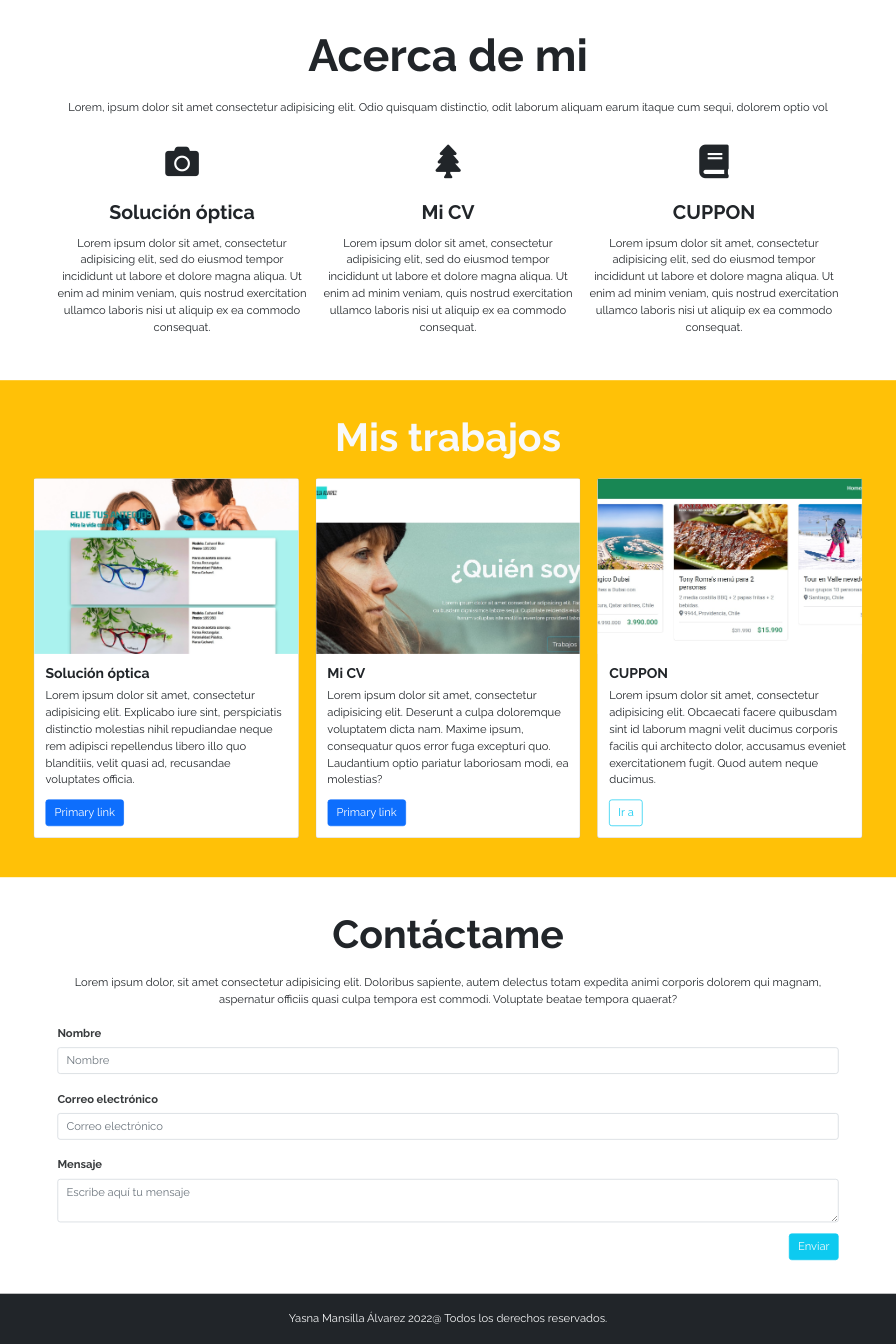
Repository: Yasna2112/Portafolio-final
Page: index.html
These files come from the project's save history. The page is drawn as it stood at one moment and after the next save; the edit follows.
The browser window is 1280 px wide. The pictures show the part of the page from y = 703 to 2623 px (the page is 2623 px tall), at 70% of full size.
Some web libraries are served in a nearby version.

Above is the page before, as saved 2022-07-23 07:43:34.

### index.html
<!DOCTYPE html>
<html lang="en">

<head>
    <meta charset="UTF-8">
    <meta http-equiv="X-UA-Compatible" content="IE=edge">
    <meta name="viewport" content="width=device-width, initial-scale=1.0">
    <link rel="preconnect" href="https://fonts.googleapis.com">
    <link rel="preconnect" href="https://fonts.gstatic.com" crossorigin>
    <link href="https://fonts.googleapis.com/css2?family=Raleway:wght@400;700&display=swap" rel="stylesheet">
    <link href="https://cdn.jsdelivr.net/npm/bootstrap@5.1.3/dist/css/bootstrap.min.css" rel="stylesheet"
        integrity="sha384-1BmE4kWBq78iYhFldvKuhfTAU6auU8tT94WrHftjDbrCEXSU1oBoqyl2QvZ6jIW3" crossorigin="anonymous">
    <title>Yasna Mansilla</title>
    <link rel="stylesheet" href="https://cdnjs.cloudflare.com/ajax/libs/font-awesome/5.9.0/css/all.min.css"
        integrity="sha512-q3eWabyZPc1XTCmF+8/LuE1ozpg5xxn7iO89yfSOd5/oKvyqLngoNGsx8jq92Y8eXJ/IRxQbEC+FGSYxtk2oiw=="
        crossorigin="anonymous" referrerpolicy="no-referrer" />
    <link rel="stylesheet" href="assets/css/styles.css">
</head>
<body>
    <nav class="navbar navbar-expand-lg  navbar-dark bg- link-light">
        <div class="container">
            <a class="navbar-brand" href="#">
                <img src="assets/img/Logo Yas.png" class="img-fluid">
            </a>
            <button class="navbar-toggler" type="button" data-bs-toggle="collapse"
                aria-controls="navbarSupportedContent" aria-expanded="false" aria-label="Toggle navigation">
                <span class="navbar-toggler-icon"></span>
            </button>
            <div class="collapse navbar-collapse" id="navbarSupportedContent">
                <ul class="navbar-nav ms-auto mb-2 mb-lg-0 fs-5">
                    <li class="nav-item">
                        <a class="nav-link" href="#">Acerca de mi</a>
                    </li>
                    <li class="nav-item">
                        <a class="nav-link" href="#">Trabajos</a>
                    </li>
                    <li class="nav-item">
                        <a class="nav-link" href="#">Contacto</a>
                    </li>

                </ul>

            </div>
        </div>
    </nav>

    <header id="Hero-Section" class="text-light text-end py-5 mt-5">
        <div class="container">
            <div class="ms-auto col-12 col-md-7 ">
                <h1 class="display-1 fw-bold my-5">
                    ¿Quién soy yo?
                </h1>
                <p class="my-5">
                    Lorem ipsum dolor sit amet consectetur adipisicing elit. Facilis, accusamus iusto quibusdam
                    dignissimos labore sequi. Cupiditate reiciendis eius dolore, illum adipisci harum voluptas iste
                    mollitia inventore provident labore voluptatum nemo.
                </p>
                <div class="mb-5 pb-5">
                    <button class="btn btn-lg btn-outline-info text-light me-4">Trabajos</button>
                    <button class="btn btn-lg btn-info text-light">Contacto</button>
                </div>
            </div>
        </div>
    </header>


    <section id="Acerca-de-mi" class="container text-center my-5">


        <h2 class="display-3 fw-bold my-4">Acerca de mi</h2>

        <p class="my-4">
            Lorem, ipsum dolor sit amet consectetur adipisicing elit. Odio quisquam distinctio, odit laborum aliquam
            earum itaque cum sequi, dolorem optio vol
        </p>


        <div class="row">
            <div class="col-12 col-md-4">
                <i class="fas fa-camera fa-3x my-3"></i>
                <h3 class="my-3 fw-bold">Solución óptica</h3>
                <p class="my-3">
                    Lorem ipsum dolor sit amet, consectetur adipisicing elit, sed do
                    eiusmod tempor incididunt ut labore et dolore magna aliqua. Ut enim
                    ad minim veniam, quis nostrud exercitation ullamco laboris nisi ut
                    aliquip ex ea commodo consequat.
                </p>
            </div>
            <div class="col-12 col-md-4">
                <i class="fas fa-tree fa-3x my-3"></i>
                <h3 class="my-3 fw-bold">Mi CV</h3>
                <p class="my-3">
                    Lorem ipsum dolor sit amet, consectetur adipisicing elit, sed do
                    eiusmod tempor incididunt ut labore et dolore magna aliqua. Ut enim
                    ad minim veniam, quis nostrud exercitation ullamco laboris nisi ut
                    aliquip ex ea commodo consequat.
                </p>
            </div>
            <div class="col-12 col-md-4">
                <i class="fas fa-book fa-3x my-3"></i>
                <h3 class="my-3 fw-bold">CUPPON</h3>
                <p class="my-3">
                    Lorem ipsum dolor sit amet, consectetur adipisicing elit, sed do
                    eiusmod tempor incididunt ut labore et dolore magna aliqua. Ut enim
                    ad minim veniam, quis nostrud exercitation ullamco laboris nisi ut
                    aliquip ex ea commodo consequat.
                </p>
            </div>
        </div>
    </section>


    <section id="Mis-trabajos" class="my-5 p-5 bg-warning">

        <h2 class="display-4 fw-bold text-center text-light mb-3">Mis trabajos</h2>

        <div class="row">
            <div class="col-12 col-sm-4 py-2">
                <div class="card">
                    <div class="image-top" style="background-image: url(assets/img/card-11.jpg)"></div>
                    <div class="card-body">
                        <h5 class="card-title fw-bold">Solución óptica</h5>
                        <p class="card-text">
                            Lorem ipsum dolor sit amet, consectetur adipisicing elit.
                            Explicabo iure sint, perspiciatis distinctio molestias nihil
                            repudiandae neque rem adipisci repellendus libero illo quo
                            blanditiis, velit quasi ad, recusandae voluptates officia.
                        </p>
                        <a href="https://github.com/Yasna2112/Portafolio_Optica" class="btn btn-primary enabled" tabindex="-1" role="button"
                        aria-disabled="true">Primary link</a>

                    </div>
                </div>
            </div>
            <div class="col-12 col-sm-4 py-2">
                <div class="card">
                    <div class="image-top" style="background-image: url(assets/img/card-22.jpg)"></div>
                    <div class="card-body">
                        <h5 class="card-title fw-bold">Mi CV</h5>
                        <p class="card-text">
                            Lorem ipsum dolor sit amet, consectetur adipisicing elit.
                            Deserunt a culpa doloremque voluptatem dicta nam. Maxime ipsum,
                            consequatur quos error fuga excepturi quo. Laudantium optio
                            pariatur laboriosam modi, ea molestias?
                        </p>
                        <a href="https://github.com/Yasna2112/Portafolio_Mi-CV" class="btn btn-primary enabled" tabindex="-1" role="button"
                        aria-disabled="true">Primary link</a>
                    </div>
                </div>
            </div>
            <div class="col-12 col-sm-4 py-2">
                <div class="card">
                    <div class="image-top" style="background-image: url(assets/img/card-33.jpg)"></div>
                    <div class="card-body">
                        <h5 class="card-title fw-bold">CUPPON</h5>
                        <p class="card-text">
                            Lorem ipsum dolor sit amet, consectetur adipisicing elit.
                            Obcaecati facere quibusdam sint id laborum magni velit ducimus
                            corporis facilis qui architecto dolor, accusamus eveniet
                            exercitationem fugit. Quod autem neque ducimus.
                        </p>
                        <button type="button" class="btn btn-outline-info">
                            Ir a
                        </button>
                    </div>
                </div>
            </div>
        </div>

    </section>



    <section id="Contacto" class="container my-5">

        <h2 class="display-4 fw-bold text-center my-4">Contáctame</h2>

        <p class="text-center my-4 d-none d-md-block">Lorem ipsum dolor, sit amet consectetur adipisicing elit.
            Doloribus
            sapiente, autem delectus totam expedita
            animi corporis dolorem qui magnam, aspernatur officiis quasi culpa tempora est commodi. Voluptate beatae
            tempora quaerat?</p>

        <form>


            <div class="form-group mb-4">
                <label class="mb-2">Nombre</label>
                <input class="form-control" placeholder="Nombre">
            </div>

            <div class="form-group mb-4">
                <label class="mb-2">Correo electrónico</label>
                <input class="form-control" placeholder="Correo electrónico" />
            </div>


            <div class="form-group">
                <label class="mb-2">Mensaje</label>
                <textarea class="form-control" placeholder="Escribe aquí tu mensaje"></textarea>
            </div>

            <div class="my-3 text-end">
                <button class="btn btn-info text-light">Enviar</button>
            </div>



        </form>

    </section>



    <footer class="bg-dark text-center text-light p-4">
        <p class="mb-0">Yasna Mansilla Álvarez 2022@ Todos los derechos reservados.</p>
    </footer>


    <script src="https://cdn.jsdelivr.net/npm/bootstrap@5.1.3/dist/js/bootstrap.bundle.min.js"
        integrity="sha384-ka7Sk0Gln4gmtz2MlQnikT1wXgYsOg+OMhuP+IlRH9sENBO0LRn5q+8nbTov4+1p"
        crossorigin="anonymous"></script>
</body>

</html>

### assets/css/styles.css
body {
    font-family: "Raleway", sans-serif;
  }

  /* Hero Section */

  #Hero-Section {
    background-image: url("../img/bg-hero2.jpg");
    background-repeat: no-repeat;
    background-size: cover;
    background-position: left;
  }

  /* Mis trabajos */

  #Mis-trabajos .image-top {
    height: 250px;
    background-repeat: no-repeat;
    background-size: cover;
    background-position: center;
  }

  /* Contacto */

  #Contacto form label {
    font-weight: 700;
    color: #373a3c;
  }

  @media (max-width: 768px) {
    #Contacto form label {
      font-weight: 400;
    }

    .navbar-brand{
      width: 100px;
    }

  }

After the next save:
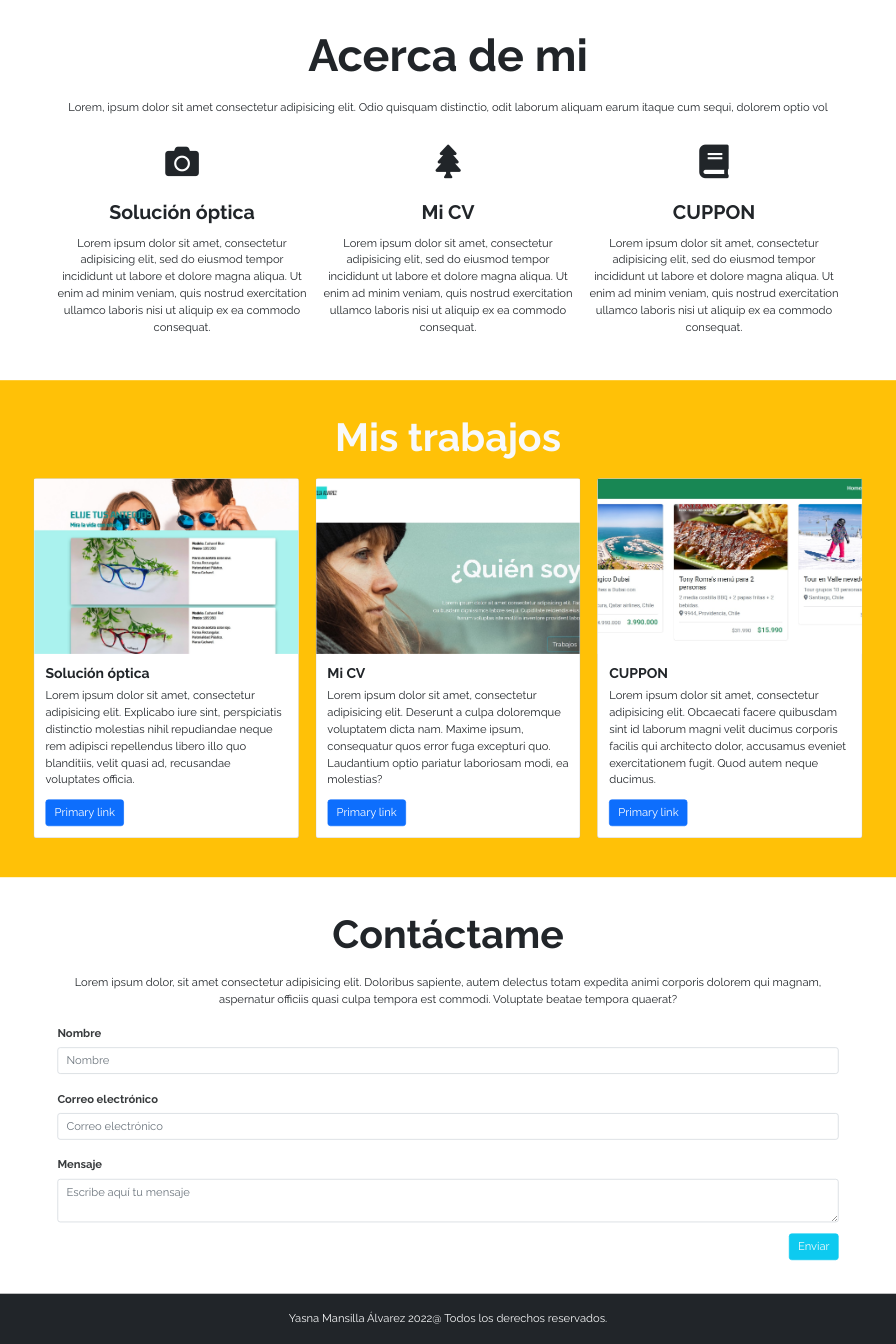
Saved 17 s later.
--- a/index.html
+++ b/index.html
@@ -159,9 +159,8 @@
                             corporis facilis qui architecto dolor, accusamus eveniet
                             exercitationem fugit. Quod autem neque ducimus.
                         </p>
-                        <button type="button" class="btn btn-outline-info">
-                            Ir a
-                        </button>
+                        <a href="https://github.com/Yasna2112/Portafolio_Mi-CV" class="btn btn-primary enabled" tabindex="-1" role="button"
+                        aria-disabled="true">Primary link</a>
                     </div>
                 </div>
             </div>
